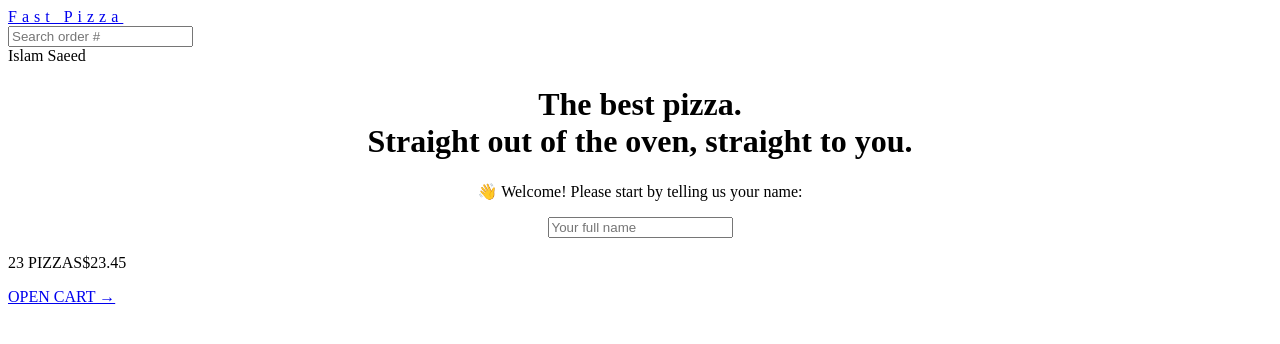
Repository: islamsaeedDev/ecommerce-cash-on-deliver-pizza-store
Page: /
An editor plug-in stored every save of this project. The page is shown before and after the next save, followed by the edit.
The browser window is 1280 px wide. The pictures show the whole page.
The project was rebuilt for these pictures with package versions that can differ from the ones it lists, and the page was loaded fresh each time. Also part of the build but not shown: vite.config.js, src/ui/Error.jsx, src/services/apiRestaurant.js, src/utils/helpers.js, src/features/menu/MenuItem.jsx, src/features/menu/Menu.jsx, src/features/cart/Cart.jsx, src/features/order/Order.jsx and 1 more. Imported but missing from the stored project, and not drawn on this page: src/features/order/CreateOrder.

Above is the page before, as saved 2025-10-22 08:21:27.

After the next save:
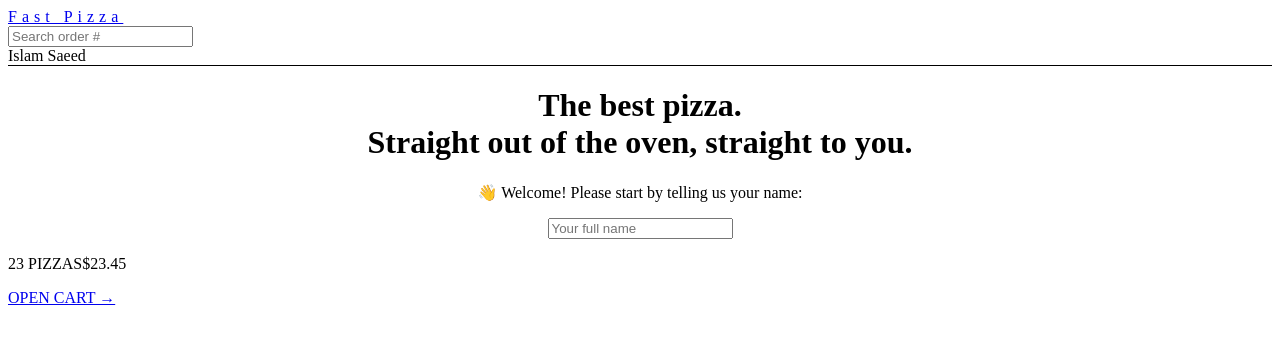
Saved 6 s later.
--- a/src/ui/Header.jsx
+++ b/src/ui/Header.jsx
@@ -4,7 +4,7 @@ import Username from '../features/user/Username';
 
 function Header() {
   return (
-    <header className="uppcase border-bborder-stone-500 bg-fuchsia-500 px-4 py-3">
+    <header className="uppcase border-b border-stone-500 bg-fuchsia-500 px-4 py-3">
       <Link className="tracking-[5px]" to="/">
         Fast Pizza
       </Link>
